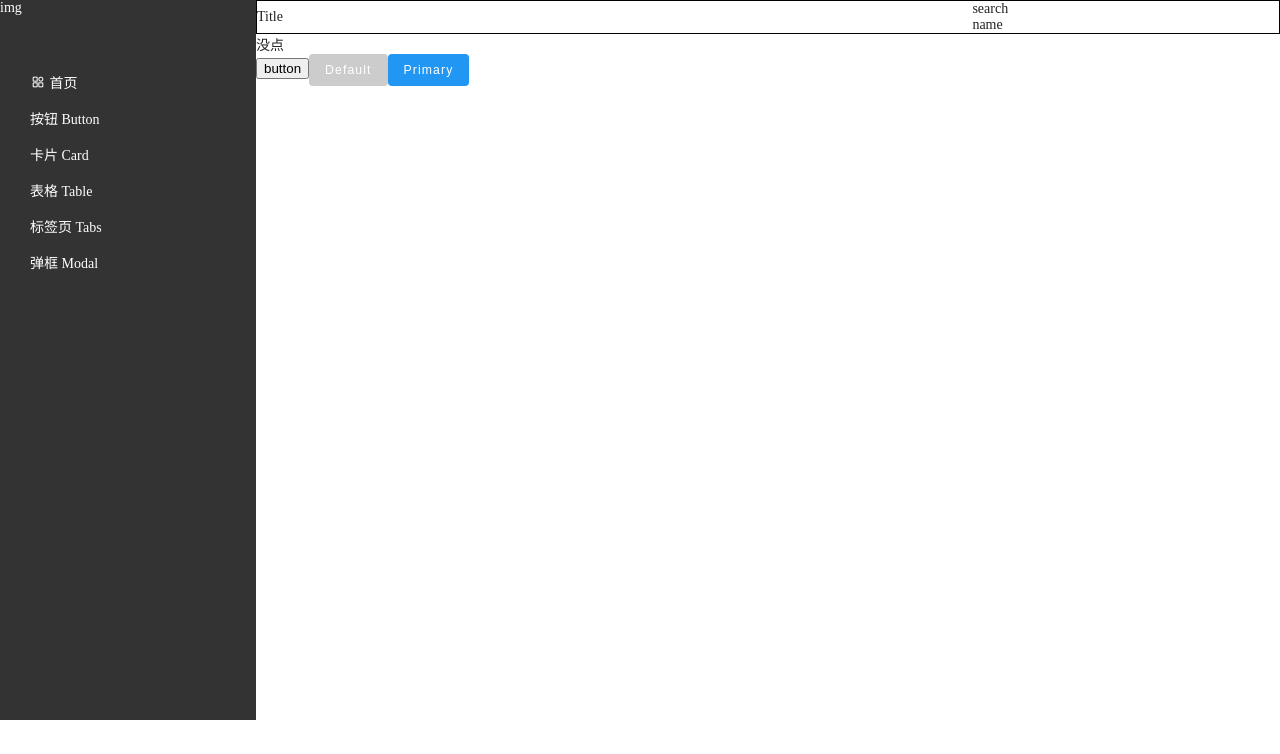
Repository: wyhsunflower/koalaUI
Page: /
The author's editor kept a copy of each file at every save. The page is drawn from the files as they stood at one save, then again after the next save.
The browser window is 1280 px wide. The pictures show the whole page.
The project was rebuilt for these pictures with package versions that can differ from the ones it lists, and the page was loaded fresh each time. Also part of the build but not shown: webpack.config.js, src/components/Modal/Modal.vue. Imported but missing from the stored project, and not drawn on this page: src/views/go/go2.vue.

Above is the page before, as saved 2020-03-12 22:07:08.

After the next save:
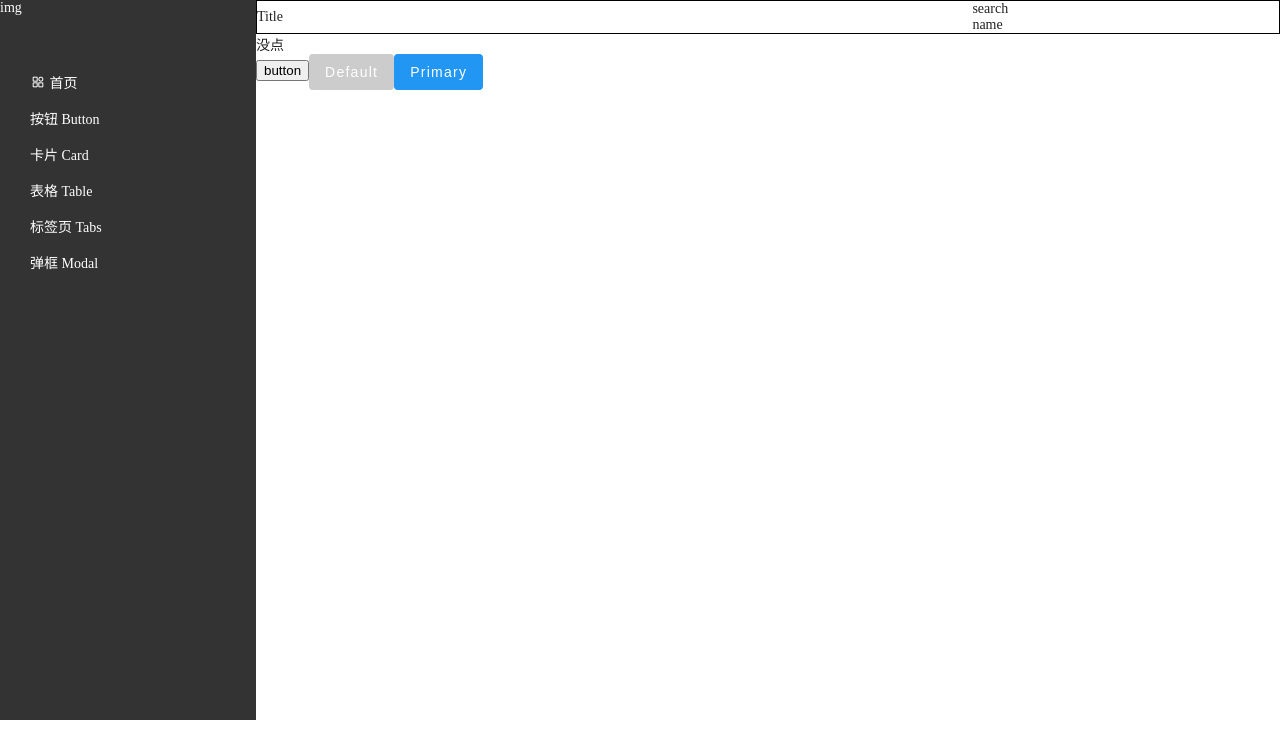
Saved 98 s later.
--- a/src/styles/global.scss
+++ b/src/styles/global.scss
@@ -25,7 +25,7 @@ body {
 
     -moz-osx-font-smoothing: grayscale;
     -webkit-font-smoothing: antialiased;
-    font-size: .875rem;
+    font-size: 1rem;
     line-height: 2.25rem;
     font-weight: 500;
     letter-spacing: .0892857143em;
@@ -52,5 +52,5 @@ body {
     padding: 0 16px 0 16px;
     min-width: 4.5rem;
     color: #fff;
-    height: 2.572em;
+    height: 2.572rem;
 }
